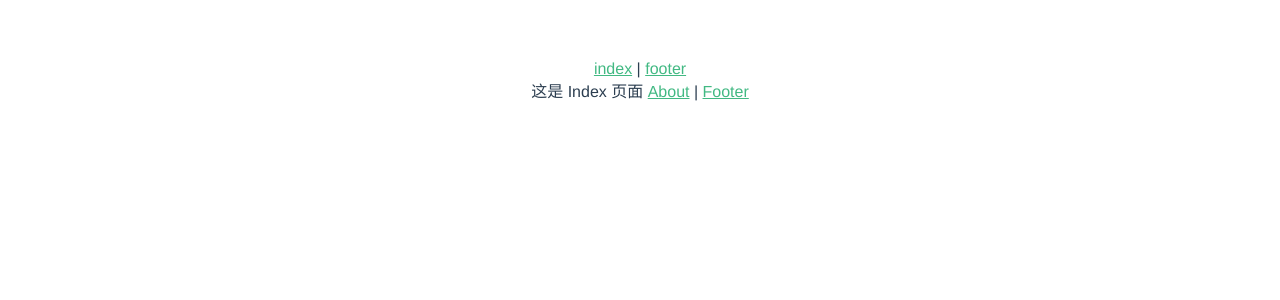
Repository: GAJYA/good-good-study
Page: / (app in 04-Vue/vueRouter/01-vue-base-usage/)
These files come from the project's save history. The page is drawn as it stood at one moment and after the next save; the edit follows.
The browser window is 1280 px wide. The pictures show the whole page.
The project was rebuilt for these pictures with package versions that can differ from the ones it lists, and the page was loaded fresh each time. Also part of the build but not shown: 04-Vue/vueRouter/01-vue-base-usage/src/vue-router/index.js.

Above is the page before, as saved 2021-05-07 09:53:20.

After the next save:
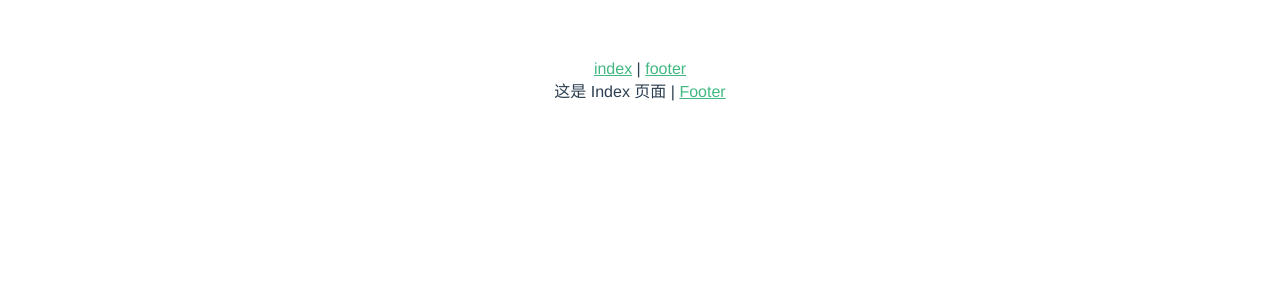
Saved 12 s later.
--- a/04-Vue/vueRouter/01-vue-base-usage/src/views/Index.vue
+++ b/04-Vue/vueRouter/01-vue-base-usage/src/views/Index.vue
@@ -1,7 +1,7 @@
 <template>
   <div>
       这是 Index 页面
-      <router-link to = "/about">About</router-link>
+      <!-- <router-link to = "/about">About</router-link> -->
       |
       <router-link to = "/footer">Footer</router-link>
   </div>
